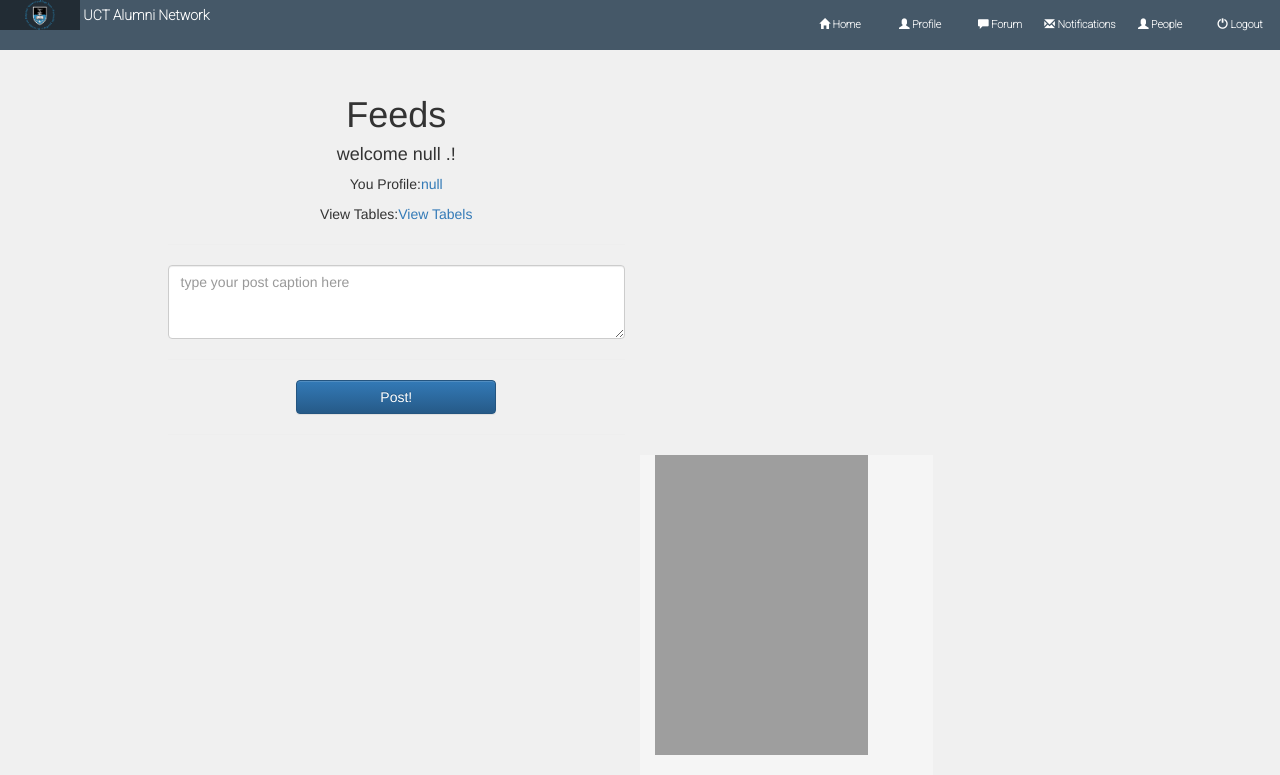
Repository: lorna-k/Workspace
Page: http://localhost/Alumni-2/JSP/Feed.jsp
These files come from the project's save history. The page is drawn as it stood at one moment and after the next save; the edit follows.
The browser window is 1280 px wide. The pictures show the whole page.
Pictures or frames that could not be fetched are drawn as grey boxes. Some web fonts or font styles are not loaded; a fallback is used. The page is served by Tomcat 9. Other server files are loaded and not shown. Queries for data that is not in the repository find no rows.

Above is the page before, as saved 2016-09-13 19:08:38.

### Alumni/Alumni-2/WebContent/JSP/Feed.jsp
<%@ page language="java" contentType="text/html; charset=ISO-8859-1" pageEncoding="ISO-8859-1"%>

<%@ page import="java.sql.*" %>
<%@ page import="dao.DataAccess" %>
<%@ page import="servlet.Post" %>
<%@ page import="java.io.*"%>

<% Class.forName("com.mysql.jdbc.Driver"); %>
<!DOCTYPE html PUBLIC "-//W3C//DTD HTML 4.01 Transitional//EN" "http://www.w3.org/TR/html4/loose.dtd">
<html>
<head>
<meta http-equiv="Content-Type" content="text/html; charset=ISO-8859-1">

<!--|||||||||||||||||| I am sure that we do not have to copy and poster the style tages in every page  ||||||||||||||||||-->

<meta name="viewport" content="width=device-width, initial-scale=1, maximum-scale=1">
	<meta charset="ISO-8859-1">

	<!-- css -->
	<link rel="stylesheet" href="../css/normalize.css">
	<link rel="stylesheet" href="../css/nav_style.css">
	<link rel="stylesheet" href="../css/site_styles.css">
	<link rel="stylesheet" type="text/css" href="../css/feed_style.css">

	<!-- font -->
	<link href='http://fonts.googleapis.com/css?family=PT+Sans:400,700' rel='stylesheet' type='text/css'>
	<link href="https://fonts.googleapis.com/css?family=Open+Sans|Raleway|Roboto:100" rel="stylesheet">
	<!-- JQuery -->
	<!-- <script src="https://ajax.googleapis.com/ajax/libs/jquery/1.7.2/jquery.min.js"></script> -->
	<script src="https://ajax.googleapis.com/ajax/libs/jquery/1.12.4/jquery.min.js"></script><script src="https://ajax.googleapis.com/ajax/libs/jquery/1.12.4/jquery.min.js"></script>




	<!-- Latest compiled and minified CSS -->
	<link rel="stylesheet" href="https://maxcdn.bootstrapcdn.com/bootstrap/3.3.7/css/bootstrap.min.css" integrity="sha384-BVYiiSIFeK1dGmJRAkycuHAHRg32OmUcww7on3RYdg4Va+PmSTsz/K68vbdEjh4u" crossorigin="anonymous">

	<!-- Optional theme -->
	<link rel="stylesheet" href="https://maxcdn.bootstrapcdn.com/bootstrap/3.3.7/css/bootstrap-theme.min.css" integrity="sha384-rHyoN1iRsVXV4nD0JutlnGaslCJuC7uwjduW9SVrLvRYooPp2bWYgmgJQIXwl/Sp" crossorigin="anonymous">

	<!-- Latest compiled and minified JavaScript -->
	<script src="https://maxcdn.bootstrapcdn.com/bootstrap/3.3.7/js/bootstrap.min.js" integrity="sha384-Tc5IQib027qvyjSMfHjOMaLkfuWVxZxUPnCJA7l2mCWNIpG9mGCD8wGNIcPD7Txa" crossorigin="anonymous"></script>


	<style >@media (min-width: 992px).col-md-offset-6 { margin-left: 195px;}</style>


	<script>
	$(function() {
		var pull 		= $('#pull');
		menu 		= $('nav ul');
		menuHeight	= menu.height();

		$(pull).on('click', function(e) {
			e.preventDefault();
			menu.slideToggle();
		});

		$(window).resize(function(){
			var w = $(window).width();
			if(w > 320 && menu.is(':hidden')) {
				menu.removeAttr('style');
			}
		});
	 });
	 </script>
	<script>!function(d,s,id){var js,fjs=d.getElementsByTagName(s)[0],p=/^http:/.test(d.location)?'http':'https';if(!d.getElementById(id)){js=d.createElement(s);js.id=id;js.src=p+"://platform.twitter.com/widgets.js";fjs.parentNode.insertBefore(js,fjs);}}(document,"script","twitter-wjs");</script>




</head>
<body>
     <div nav-container style="position:fixed; top:0; left:0; right:0; z-index:1">
		<nav class="clearfix">
			<a href="../index.html" class="nav-title"><img class="nav-logo" src="../uct-logo.png"></a>
			<span class="header-title" style="color:white;">UCT Alumni Network</span>
			<ul class="clearfix">
				<li><a href="index.html"><span class="glyphicon glyphicon-home" aria-hidden="true"></span> Home</a></li>
				<li><a href="profile.html"><span class="glyphicon glyphicon-user" aria-hidden="true"></span> Profile</a></li>
				<li><a href=""><span class="glyphicon glyphicon-comment" aria-hidden="true"></span> Forum</a></li>
				<li><a href=""><span class="glyphicon glyphicon-envelope" aria-hidden="true"></span> Notifications</a></li>
				<li><a href=""><span class="glyphicon glyphicon-user" aria-hidden="true"></span> People</a></li>
				<li><a href=""><span class="glyphicon glyphicon-off" aria-hidden="true"></span> Logout</a></li>
			</ul>
			<a href="#" id="pull">Menu</a>
		</nav>
	</div>

	<div class="content" style="position:relative; top:75px">
		<div class="container ">
			<div class="row">
				<div class="posts-section col-md-5 col-md-offset-1">


				<!-- ||||||||||||||||||||||||||||||||||||||||||||||||||||||||||||||||||||||||||||||| -->



					<h1 align="center">Feeds</h1>
					<div align="center">
						 <h4> welcome <%= request.getSession().getAttribute("currentUserName") %> .!</h4>
						<p>You Profile:<a href="../profile.html"><%= request.getSession().getAttribute("currentUserName") %></a></p>
						<p>View Tables:<a href="PendingUsers.jsp">View Tabels</a></p>
					</div>

					<!-- |||||||||||||||||||||||||||||||||||||||||||||||||| This is the post uplad section ||||||||||||||||||||||||||||||||||||||||||||||||||-->

					<hr/>

					<div>
						<form method="post" action="../Post" >

								<textarea class="form-control" id="txt_area" name="caption" placeholder="type your post caption here" rows="3"   ></textarea>


							<hr/>

							<div  id="upload_buttons" align="center">

									<button type="submit" class="btn btn-primary" name="post" value="posting" style="width:200px;">Post!</button>
									<!-- <label class="btn btn-primary btn-file" style="width:200px;" id="file_button">
										Upload <input type="file" name="photo" id="uploadID" onchange="changed()" style="display: none;">
									</label>
							         -->

							</div>

							<div>

								<%

								Connection connection = DriverManager.getConnection("jdbc:mysql://137.158.160.145:3306/ngwphu001", "ngwphu001", "eupheyei");

						        Statement statement = connection.createStatement() ;
								ResultSet resultset =  statement.executeQuery("select * from Posts ORDER BY PostId desc") ;


								while(resultset.next())
								{
								%>

								 <!-- Name heading label of the post owner -->
								 <div   id="pic_name" >
								     <div align="center"  class="col-m-offset-4 col-xs-offset-4  name" >
								     	<%=resultset.getString(2)+" "+resultset.getString(3)%>
								     </div>
								 </div>


								<!-- Post message -->
								<div  align="center" class="message_frame "  >
									<p ><%=resultset.getString(4)%></p>
								</div>
								<div align="center" class="col-md-offset-4 col-xs-offset-4 comment" >
									<div  class="likes col-md-2 col-xs-4" style="border:2px solid black;"><strong style="color:red; margin-right: 5px;">Likes</strong><%=resultset.getString(6)%></div>
									<div  class="col-md-7 col-xs-5 comments" style="border:2px solid #346257;">Comment Here!</div>
									<div  style="border:2px solid black" class="col-md-offset-9 col-xs-offset-9"  > <small style="color:red;"><%=resultset.getString(1)%></small></div>
								</div>


							    <div   align="center" "comment-base animated zoomIn" >


									<ol class="list-group ">

											<%

											Connection connection2 = DriverManager.getConnection("jdbc:mysql://137.158.160.145:3306/ngwphu001", "ngwphu001", "eupheyei");

									        Statement statement2 = connection2.createStatement() ;
											ResultSet resultset2 =  statement2.executeQuery("select * from Comments WHERE ID = '"+resultset.getString(1)+"' ORDER BY ID desc") ;
											while(resultset2.next())
											{
												if(resultset.getString(1).equals(resultset2.getString(1)) )
												{
													%>
													<li class="list-group-item" >
														<div align="center">
															<p><strong><i style="color:blue"><%=resultset2.getString(2)+" "+resultset2.getString(3)%></i></strong></p>
															<p><%=resultset2.getString(4)%></p>

														</div>
													</li>
													<%
												}
											 }
											%>

									</ol>
										<!-- <input style="margin-bottom:10px" placeholder="Sender" class="form-control" name="userName"  /> -->
										<textarea style="margin-bottom:10px" placeholder="Comment here" rows="2" class="form-control" name="<%=resultset.getString(1)%>"></textarea>
										<button type="submit" name="sendComment" value="<%=resultset.getString(1)%>" class="btn btn-primary" style="width:150px">Send</button>
								</div>


								<%
								}
								%>

							</div>

						</form>
					</div>
					<hr/>

					<!--||||||||||||||||||||||||||||||||||||||||||||||||||  Closing the post upload setion ||||||||||||||||||||||||||||||||||||||||||||||||||-->

			       </div>
				    <div class="feed-section col-md-3 col-md-offset-6" style="background-color: whitesmoke;">
						<div class="fb-feed" style="margin-bottom:20px;">
							<iframe src="https://www.facebook.com/plugins/page.php?href=https%3A%2F%2Fwww.facebook.com%2FNombulelo-senior-secondary-school-236973209727154%2F&tabs=timeline&width=213&height=300&small_header=false&adapt_container_width=true&hide_cover=false&show_facepile=true&appId" width="213" height="300" style="border:none;overflow:hidden" scrolling="no" frameborder="0" allowTransparency="true"></iframe>
						</div>
						<div class="twitter-feed">
							<a class="twitter-timeline"  href="https://twitter.com/search?q=UCT%20Science" data-widget-id="774076283923816448"></a>
						</div>
					</div>

			</div>
		</div>
     </div>



</body>
</html>

### Alumni/Alumni-2/WebContent/css/nav_style.css
/* Clearfix */
.clearfix:before,
.clearfix:after {
    content: " ";
    display: table;
}
.clearfix:after {
    clear: both;
}
.clearfix {
    *zoom: 1;
}



/* Basic Styles */
body {
	background-color: #f0f0f0 !important;
}
nav {
	height: 50px;
	width: 100%;
	background: #455868;
	font-family: 'Roboto','Open Sans', 'PT Sans', Arial, sans-serif;
	font-weight: bold;
	position: relative;
	/*border-top: 1px solid #283744;*/
}
img.nav-logo{
	width:30px;
    height:auto;
}
nav ul {
	padding: 0;
	margin: 0 auto;
	width: 480px;
	height: 50px;
	float: right;
}
nav li {
	display: inline;
	float: left;
	font-size: 8pt;
}
nav a {
	color: #fff;
	display: inline-block;
	width: 80px;
	text-align: center;
	text-decoration: none;
	line-height: 50px;
}
nav li a {
	/*border-right: 1px solid #576979;*/
	box-sizing:border-box;
	-moz-box-sizing:border-box;
	-webkit-box-sizing:border-box;
}
/*.nav-container{
	position:fixed;
	top:0;
	left:0;
	right:0;
}*/
.nav-title{
	font-size: 20px;
}
nav a:hover, nav a:active {
	/*background-color: #8c99a4;*/
	text-decoration: none;
	color: #1FBAD6;
	background: rgba(0, 0, 0, .5);

}
nav a#pull {
	display: none;
}

/*Styles for screen 600px and lower*/
@media screen and (max-width: 708px) {
	.nav-logo{
		width: 100%;
		height: inherit;
	}
	nav {
  		height: auto;
  	}
  	nav ul {
  		width: 100%;
  		display: block;
  		height: auto;
  		float: none;
  		border-top: 1px solid #283744;
  	}
  	nav li {
  		width: 50%;
  		float: right;
  		position: relative;
  	}
  	nav li a {
		border-bottom: 1px solid #576979;
		border-right: 1px solid #576979;
	}
  	nav a {
	  	text-align: left;
	  	width: 100%;
	  	text-indent: 25px;
  	}
}

/*Styles for screen 515px and lower*/
@media only screen and (max-width : 707px) {
	.nav-logo{
		display: none;
	}
	nav {
		border-bottom: 0;
	}
	nav ul {
		display: none;
		height: auto;
		float: none;
	}
	nav a#pull {
		display: block;
		background-color: #283744;
		width: 100%;
		position: relative;
	}
	nav a#pull:after {
		content:"";
		background: url('nav-icon.png') no-repeat;
		width: 30px;
		height: 30px;
		display: inline-block;
		position: absolute;
		right: 15px;
		top: 10px;
	}
}

/*Smartphone*/
@media only screen and (max-width : 320px) {
	nav li {
		display: block;
		float: none;
		width: 100%;
	}
	nav li a {
		border-bottom: 1px solid #576979;
	}
}

### Alumni/Alumni-2/WebContent/css/feed_style.css
.posts-section {
   /*margin-left: 200px;
   */
   width:320px;

}
.content{
   /*position: relative;*/
   /*top: 82px;*/
}

.feed-section {
	width: 220px;
	overflow-y: scroll;
/* position: fixed;
    top: 82px;
    right: 300px;
    bottom: 10px;
    width: 300px;
    background-color: #eee;*/
   /* position: relative;
    top: 80px;*/
  }
@media screen and (max-width: 328px) {
	.feed-section {
		display: none;
	}
}

.timeline-Footer.u-cf{
	display: none;
}






/*////////////////////////////////////[Posts styles]///////////////////////////////////////*/





#pic_name
{
	margin-left:5px;
	margin-right:5px;
	height:50px;
	background-color: #00c4cc;
	box-shadow:2px 2px black;
	/* border-radius:5px; */
	margin-top:10vw;
}


.name
{
	color:#fff;
	font-size: 2.5vw;
	font-weight: bold;
	font-family: Helvetica;
	/*text-shadow: 5px 5px 5px rgba(0,0,0,08);*/
	height:50px;
	/* width:50vw; */
	margin:0;
	padding:0;
	padding-top:1px;
	/* box-shadow:2px 2px black; */
}

 @media(max-width:750px){.name{width:100%;font-size: 5vw;}}

.message_frame
{
	height:200px;
	margin-top:5px;
	margin-bottom:10px;
	margin-left:5px;
	margin-right:5px;
	border-radius:5px;
	box-shadow:2px 2px black;
	font-size:20px;
	font-family:Arial Black;
	word-wrap: break-word;
	overflow: auto;padding-top:7%;
	padding-right:7%;
	padding-left:7%;
}


.comment
{
	margin-left:5px;
	margin-right:5px;
	height:50px;
	box-shadow:2px 2px black;
	border-radius:5px;
	padding-top:10px;
	padding-right:5px;
	padding-left:15px;
	word-wrap: break-word;
	overflow: auto;

}

.comments:hover
{
	color:white;
	border:2px solid blue;
	background-color:#1fc9fb;
}
.likes
{
	border:2px solid black;
}
.likes:hover
{
	color:white;
	border:2px solid blue;
	background-color:#1fc9fb;
}

.comments
{
	border:2px solid #346257;
	overflow: auto;
}

/*Commnet Base Section*/

.comment-base
{
	height:200px;margin-left:5px;margin-right:5px;margin-top:10px;overflow: auto;box-shadow:0px 1px 1px black;border-radius:5px;
}

Loaded but not shown: Alumni/Alumni-2/WebContent/css/normalize.css (library); Alumni/Alumni-2/WebContent/css/site_styles.css (no copy from this time; the picture is the same without it)

After the next save:
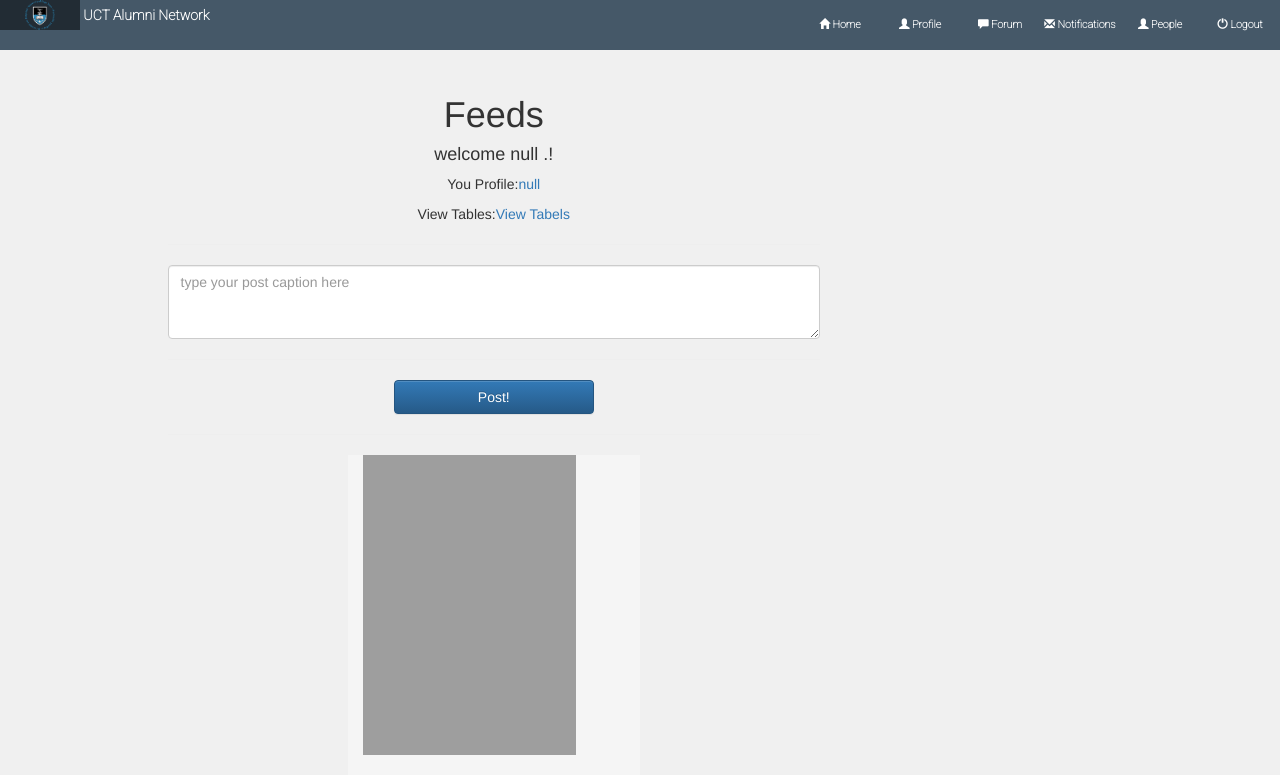
Saved 3 min 26 s later.
--- a/Alumni/Alumni-2/WebContent/JSP/Feed.jsp
+++ b/Alumni/Alumni-2/WebContent/JSP/Feed.jsp
@@ -90,7 +90,7 @@
 	<div class="content" style="position:relative; top:75px">
 		<div class="container ">
 			<div class="row">
-				<div class="posts-section col-md-5 col-md-offset-1">
+				<div class="posts-section col-md-7 col-md-offset-1">
 
 
 				<!-- ||||||||||||||||||||||||||||||||||||||||||||||||||||||||||||||||||||||||||||||| -->
@@ -207,7 +207,7 @@
 					<!--||||||||||||||||||||||||||||||||||||||||||||||||||  Closing the post upload setion ||||||||||||||||||||||||||||||||||||||||||||||||||-->
 
 			       </div>
-				    <div class="feed-section col-md-3 col-md-offset-6" style="background-color: whitesmoke;">
+				    <div class="feed-section col-md-3 col-md-offset-3" style="background-color: whitesmoke;">
 						<div class="fb-feed" style="margin-bottom:20px;">
 							<iframe src="https://www.facebook.com/plugins/page.php?href=https%3A%2F%2Fwww.facebook.com%2FNombulelo-senior-secondary-school-236973209727154%2F&tabs=timeline&width=213&height=300&small_header=false&adapt_container_width=true&hide_cover=false&show_facepile=true&appId" width="213" height="300" style="border:none;overflow:hidden" scrolling="no" frameborder="0" allowTransparency="true"></iframe>
 						</div>
